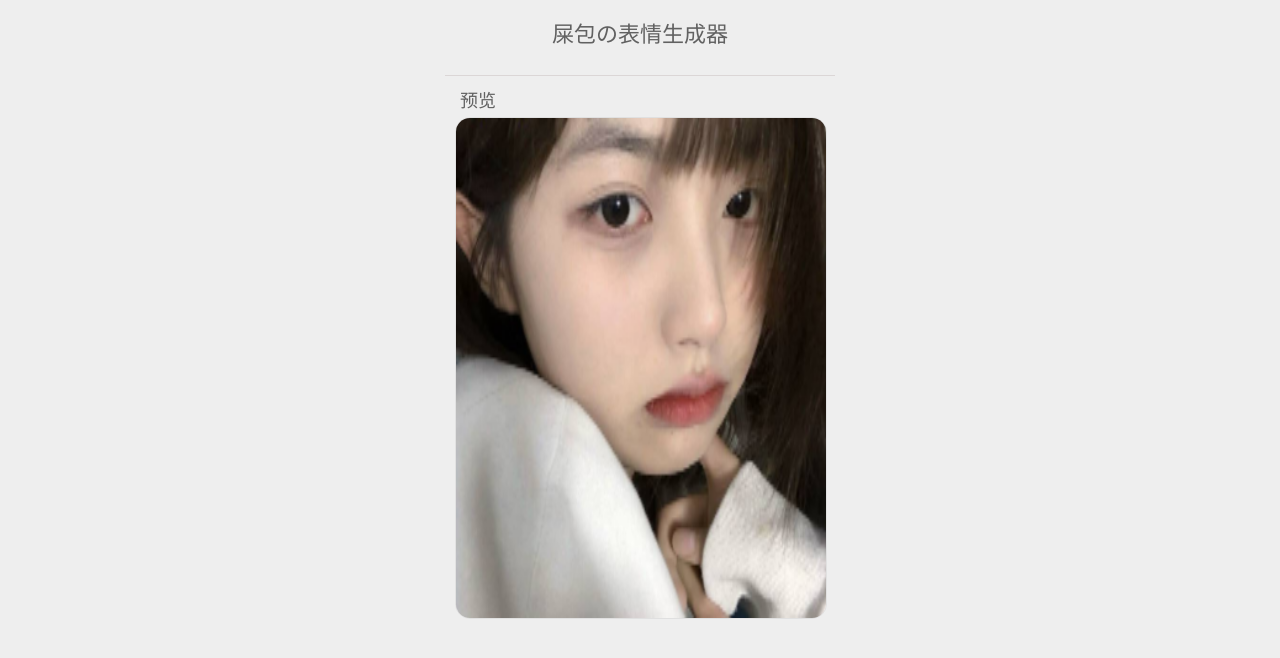
Repository: long-zuyang/shibao
Page: /
The author's editor kept a copy of each file at every save. The page is drawn from the files as they stood at one save, then again after the next save.
The browser window is 1280 px wide. The pictures show the whole page.
The project was rebuilt for these pictures with package versions that can differ from the ones it lists, and the page was loaded fresh each time. Also part of the build but not shown: vite.config.ts.

Above is the page before, as saved 2023-06-29 23:41:55.

After the next save:
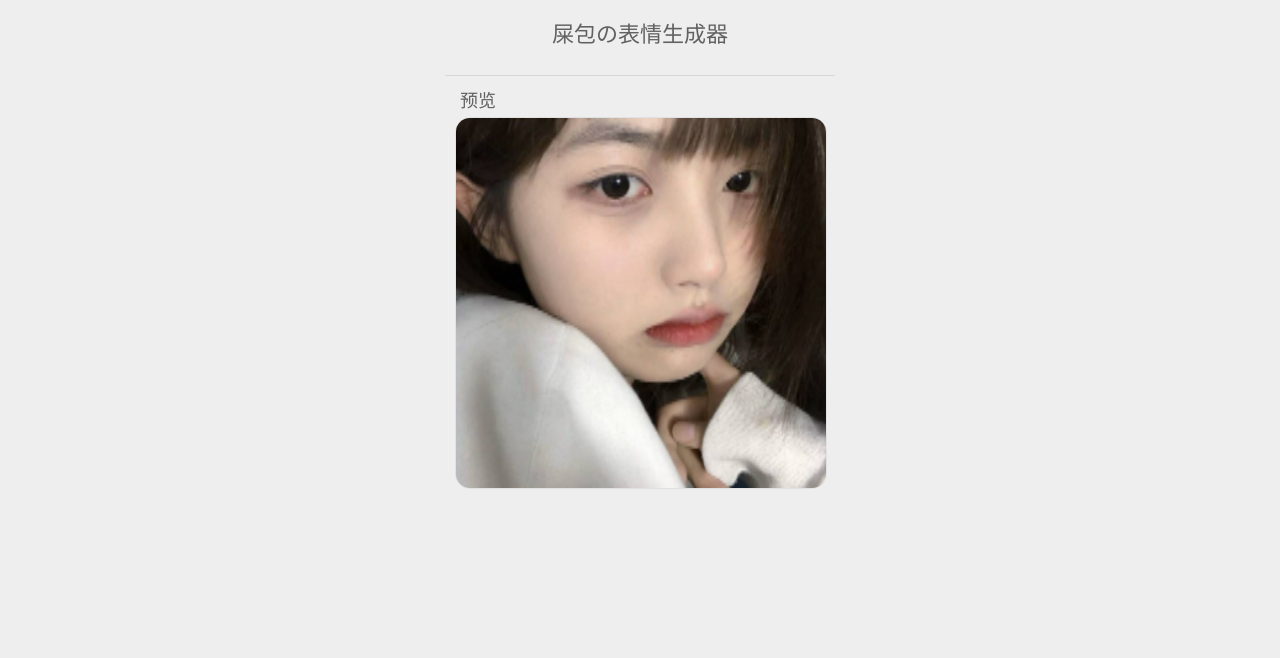
Saved 2 min 48 s later.
--- a/src/App.less
+++ b/src/App.less
@@ -29,7 +29,7 @@ body {
       }
       canvas {
         margin-top: 5px;
-        height: 500px;
+        height: 370px;
         width: 370px;
         border: 1px solid rgba(223, 223, 223, 0.9);
         border-radius: 15px;
